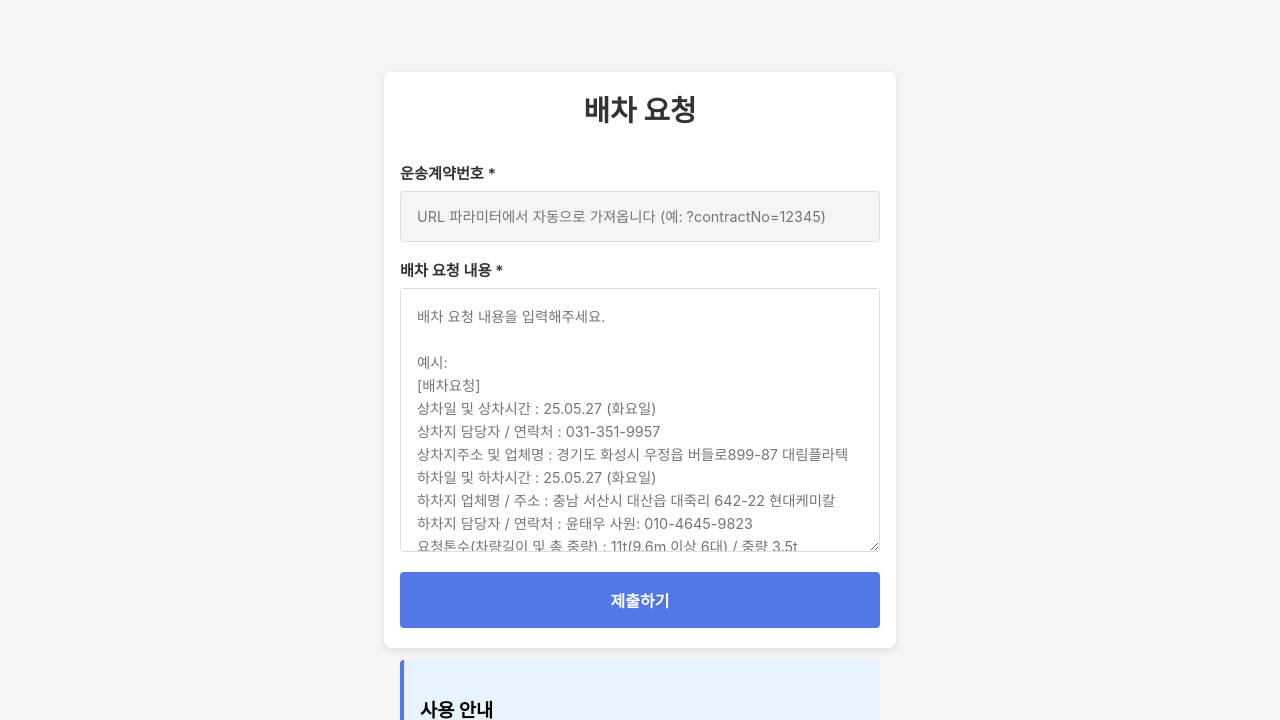
Repository: deul428/logis_transport
Page: / (app in frontend/)
These files come from the project's save history. The page is drawn as it stood at one moment and after the next save; the edit follows.
The browser window is 1280 px wide. The pictures show the whole page.
The project was rebuilt for these pictures with package versions that can differ from the ones it lists, and the page was loaded fresh each time. Also part of the build but not shown: frontend/src/App.scss.

Above is the page before, as saved 2025-11-13 13:53:19.

### frontend/public/index.html
<!DOCTYPE html>
<html lang="en">
  <head>
    <meta charset="utf-8" />
    <link rel="icon" href="%PUBLIC_URL%/favicon.ico" />
    <meta name="viewport" content="width=device-width, initial-scale=1" />
    <meta name="theme-color" content="#000000" />
    <meta
      name="description"
      content="Web site created using create-react-app"
    />
    <link rel="apple-touch-icon" href="%PUBLIC_URL%/android-icon-192x192.png" />
    <!--
      manifest.json provides metadata used when your web app is installed on a
      user's mobile device or desktop. See https://developers.google.com/web/fundamentals/web-app-manifest/
    -->
    <link rel="manifest" href="%PUBLIC_URL%/manifest.json" />
    <!--
      Notice the use of %PUBLIC_URL% in the tags above.
      It will be replaced with the URL of the `public` folder during the build.
      Only files inside the `public` folder can be referenced from the HTML.

      Unlike "/favicon.ico" or "favicon.ico", "%PUBLIC_URL%/favicon.ico" will
      work correctly both with client-side routing and a non-root public URL.
      Learn how to configure a non-root public URL by running `npm run build`.
    -->
    <title>로지스 운송 오더</title>
  </head>
  <body>
    <div id="root"></div>
    <!--
      This HTML file is a template.
      If you open it directly in the browser, you will see an empty page.

      You can add webfonts, meta tags, or analytics to this file.
      The build step will place the bundled scripts into the <body> tag.

      To begin the development, run `npm start` or `yarn start`.
      To create a production bundle, use `npm run build` or `yarn build`.
    -->
  </body>
</html>

### frontend/src/App.js
import { useState, useEffect } from "react";
import "./App.scss";
import "./styles/transport.scss";

function App() {
  const [contractNo, setContractNo] = useState("");
  const [content, setContent] = useState("");
  const [isSubmitted, setIsSubmitted] = useState(false);

  useEffect(() => {
    // URL에서 계약 번호 파라미터 읽기
    const params = new URLSearchParams(window.location.search);
    const contractNoParam =
      params.get("contractNo") || params.get("contract") || "";

    if (contractNoParam) {
      setContractNo(contractNoParam);
    }
  }, []);

  // 구글 폼 제출
  const handleSubmit = async (e) => {
    e.preventDefault();

    if (!contractNo.trim()) {
      alert(
        "계약 번호가 없습니다. URL에 계약 번호를 포함해주세요. (예: ?contractNo=12345)"
      );
      return;
    }

    if (!content.trim()) {
      alert("배차 요청 내용을 입력해 주세요.");
      return;
    }

    try {
      // 제출 시간 생성 (한국 시간)
      const now = new Date();
      const koreaTimeOffset = 9 * 60; // 한국은 UTC+9
      const koreaTime = new Date(now.getTime() + koreaTimeOffset * 60 * 1000);
      const year = koreaTime.getFullYear();
      const month = String(koreaTime.getMonth() + 1).padStart(2, "0");
      const day = String(koreaTime.getDate()).padStart(2, "0");
      const hours = String(koreaTime.getHours()).padStart(2, "0");
      const minutes = String(koreaTime.getMinutes()).padStart(2, "0");
      const seconds = String(koreaTime.getSeconds()).padStart(2, "0");
      const submitTime = `${year}-${month}-${day} ${hours}:${minutes}:${seconds}`;

      const formData = new FormData();
      // 계약 번호 필드 (구글 폼의 entry ID로 변경 필요)
      formData.append("entry.1271596132", contractNo);
      // 배차 요청 내용 필드 (구글 폼의 entry ID로 변경 필요)
      formData.append("entry.1285765036", content);


      // 구글 폼 URL (실제 구글 폼 URL로 변경 필요)
      const googleFormUrl =
        "https://docs.google.com/forms/d/e/1FAIpQLSepUaIyU7xQX5y7V2-OXf7BZamqW1xnarS4jM8SswiHX2m2rA/formResponse";

      await fetch(googleFormUrl, {
        method: "POST",
        body: formData,
        mode: "no-cors",
      });

      setIsSubmitted(true);
    } catch (err) {
      alert("오류가 발생했습니다. 관리자에게 문의해 주세요.");
      console.error(err);
    }
  };

  const resetForm = () => {
    setContent("");
    setIsSubmitted(false);
  };

  return (
    <div id="transport">
      <div className="cntnt_box">
        <div className="transport_header">
          <h2>배차 요청</h2>
        </div>

        {/* 입력 폼 */}
        {!isSubmitted && (
          <div id="input_area">
            <form id="customForm" onSubmit={handleSubmit}>
              <div className="input_field">
                <label>운송계약번호 *</label>
                <input
                  type="text"
                  value={contractNo}
                  disabled
                  placeholder="URL 파라미터에서 자동으로 가져옵니다 (예: ?contractNo=12345)"
                  style={{
                    backgroundColor: "#f5f5f5",
                    cursor: "not-allowed",
                    color: "#666",
                  }}
                />
              </div>

              <div className="input_field">
                <label>배차 요청 내용 *</label>
                <textarea
                  name="content"
                  rows={10}
                  placeholder={`배차 요청 내용을 입력해주세요.

예시:
[배차요청]
상차일 및 상차시간 : 25.05.27 (화요일)
상차지 담당자 / 연락처 : 031-351-9957
상차지주소 및 업체명 : 경기도 화성시 우정읍 버들로899-87 대림플라텍
하차일 및 하차시간 : 25.05.27 (화요일)
하차지 업체명 / 주소 : 충남 서산시 대산읍 대죽리 642-22 현대케미칼
하차지 담당자 / 연락처 : 윤태우 사원: 010-4645-9823
요청톤수(차량길이 및 총 중량) : 11t(9.6m 이상 6대) / 중량 3.5t
수작업유무 Y/N : N
※요청차량대수 : 총 8대`}
                  value={content}
                  onChange={(e) => setContent(e.target.value)}
                />
              </div>

              <button type="submit">제출하기</button>
            </form>
          </div>
        )}

        {/* 결과 표시 영역 */}
        {isSubmitted && (
          <div id="result_area">
            <h2>접수가 완료되었습니다.</h2>
            <div id="submittedData" className="card">
              <div className="rows row_01">
                <h3>운송계약번호</h3>
                <p>{contractNo || "미입력"}</p>
              </div>
              <div className="rows row_02">
                <h3>배차 요청 내용</h3>
                <p style={{ whiteSpace: "pre-wrap", wordBreak: "break-word" }}>
                  {content}
                </p>
              </div>
            </div>
            <button id="newResponseLink" onClick={resetForm}>
              신규 접수하기
            </button>
          </div>
        )}

        {/* 안내 영역 */}
        {!isSubmitted && (
          <div id="desc_area">
            <div className="info_box">
              <h3>사용 안내</h3>
              <p>
                1. URL에 계약 번호를 포함하여 접근하세요. (예:
                ?contractNo=12345)
                <br />
                2. 배차 요청 내용을 입력한 후 제출 버튼을 클릭하세요.
                <br />
                3. 제출 시간은 자동으로 기록됩니다.
              </p>
            </div>
          </div>
        )}
      </div>
    </div>
  );
}

export default App;

### frontend/src/styles/transport.scss
#transport {
  width: 100dvw;
  height: 100dvh;
  margin: 0 auto;
  min-height: 100vh;
  background-color: #f5f5f5;
  display: flex;
  justify-content: center;
  align-items: center;
  overflow: hidden;

  .cntnt_box {
    padding: 1rem;
    height: calc(80% - 2rem);
    width: calc(40% - 2rem);
    background-color: white;
    border-radius: 8px;
    box-shadow: 0 2px 8px rgba(0, 0, 0, 0.1);

    .transport_header {
      text-align: center;
      margin-bottom: 2rem;

      h2 {
        margin: 0 0 0.2rem;
        font-size: 1.8rem;
        color: #333;
      }
    }

    #input_area {
      margin-bottom: 1rem;
      width: 100%;

      form {
        margin: 0 auto;
        text-align: left;

        .input_field {
          margin-bottom: 1rem;

          label {
            display: block;
            margin-bottom: 8px;
            font-weight: 600;
            color: #333;
            font-size: 0.95rem;
          }

          input,
          textarea {
            font-size: 0.9rem;
            font-family: inherit;
            width: 100%;
            padding: 1rem;
            border: 1px solid #ddd;
            border-radius: 0.25rem;
            box-sizing: border-box;
            transition: border-color 0.3s;

            &:focus {
              outline: none;
              border-color: #5278e7;
            }

            &:disabled {
              background-color: #f5f5f5;
              cursor: not-allowed;
              color: #666;
            }
          }

          textarea {
            resize: vertical;
            line-height: 1.6;
          }
        }

        button[type="submit"] {
          width: 100%;
          padding: 1rem 0.5rem;
          background-color: #5278e7;
          color: white;
          border: none;
          border-radius: 0.25rem;
          font-size: 1rem;
          font-weight: 600;
          cursor: pointer;
          transition: background-color 0.3s;

          &:hover {
            background-color: #4268d6;
          }

          &:active {
            background-color: #3258c6;
          }
        }
      }
    }

    #result_area {
      width: 100%;
      text-align: center;

      h2 {
        margin: 0 0 1rem;
        font-size: 1.5rem;
        color: #333;
      }

      #submittedData {
        text-align: left;
        margin-bottom: 1rem;
        background-color: #f9f9f9;
        border-radius: 0.25rem;
        padding: 1rem;
        box-shadow: none;

        div.rows {
          width: 100%;
          margin-bottom: 1rem;

          &:last-child {
            margin-bottom: 0;
          }

          h3 {
            margin-top: 0;
            margin-bottom: 1rem;
            font-size: 1rem;
            color: #5278e7;
          }

          p {
            white-space: pre-wrap;
            word-break: break-word;
            overflow-wrap: break-word;
            margin: 0;
            color: #333;
            line-height: 1.6;
          }
        }
      }

      #newResponseLink {
        width: 100%;
        padding: 1rem;
        background-color: #6c757d;
        color: white;
        border: none;
        border-radius: 0.25rem;
        font-size: 0.95rem;
        font-weight: 600;
        cursor: pointer;
        transition: background-color 0.3s;
        margin-top: 1rem;

        &:hover {
          background-color: #5a6268;
        }
      }
    }

    #desc_area {
      width: 100%;
      margin-top: 2rem;

      .info_box {
        background-color: #e7f3ff;
        border-left: 0.25rem solid #5278e7;
        padding: 1rem;
        border-radius: 0.25rem;

        h4 {
          margin: 0 0 1rem;
          font-size: 1rem;
          color: #333;
        }

        p {
          margin: 0;
          font-size: 0.9rem;
          color: #555;
          line-height: 1.6;
        }
      }
    }
  }

  /* 반응형 */
  @media (max-width: 768px) {
    padding: 1rem;

    .cntnt_box {
      padding: 1rem;

      .transport_header h2 {
        font-size: 1.5rem;
      }

      #input_area form .input_field textarea {
        min-height: 250px;
      }
    }
  }
}

Loaded but not shown: frontend/src/index.js (common file); frontend/src/index.css (common file); frontend/src/reportWebVitals.js (common file)

After the next save:
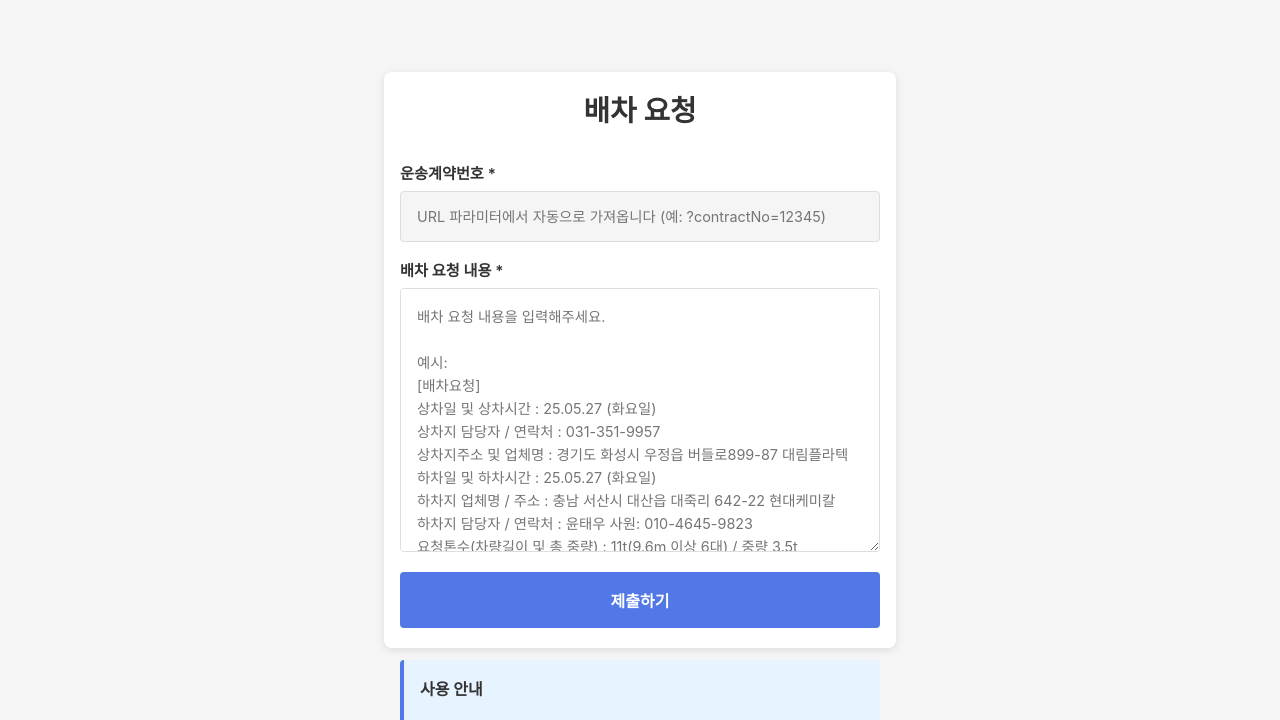
Saved 10 s later.
--- a/frontend/src/styles/transport.scss
+++ b/frontend/src/styles/transport.scss
@@ -172,7 +172,7 @@
         padding: 1rem;
         border-radius: 0.25rem;
 
-        h4 {
+        h3 {
           margin: 0 0 1rem;
           font-size: 1rem;
           color: #333;
